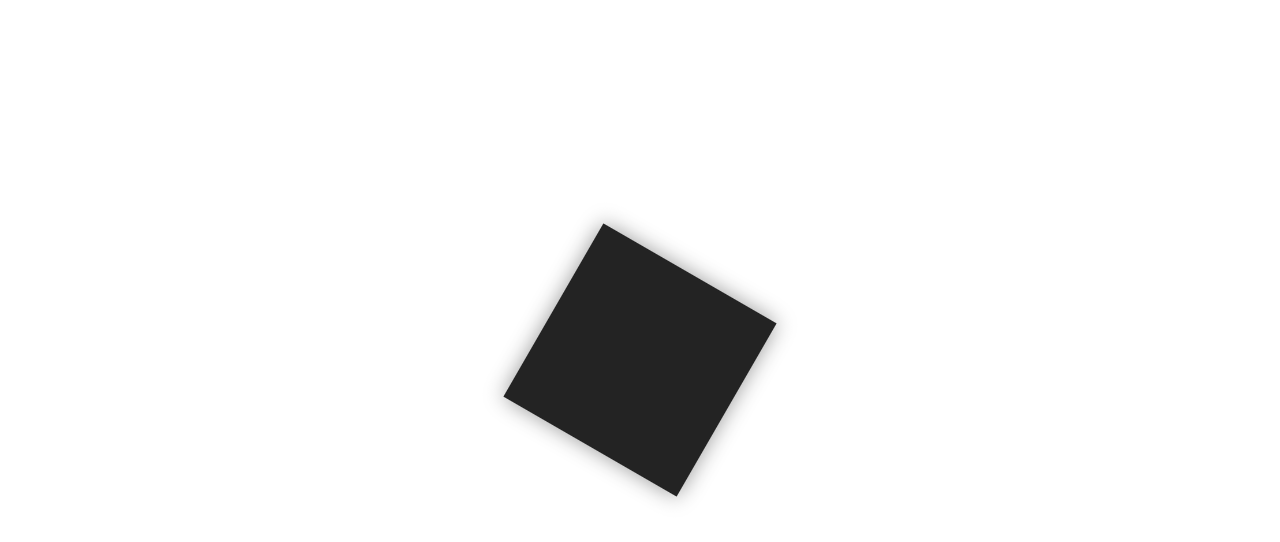
Repository: randgars/game
Page: index.html
The author's editor kept a copy of each file at every save. The page is drawn from the files as they stood at one save, then again after the next save.
The browser window is 1280 px wide. The pictures show the whole page.

Above is the page before, as saved 2017-09-29 10:11:05.

### index.html
<!DOCTYPE html>
<html lang="en">
<head>
    <meta charset="UTF-8">
    <meta name="viewport" content="width=device-width, initial-scale=1.0">
    <meta http-equiv="X-UA-Compatible" content="ie=edge">
    <title>Document</title>
    <link rel="stylesheet" href="./style.css">
</head>
<body>
    <div class="square"></div>
</body>
</html>

### style.css
body {
    padding: 0;
    margin: 0;
    display: flex;
    justify-content: center;
    align-items: center;
    height: 100vh;
}
.square {
    height: 200px;
    width: 200px;
    background-color: rgba(35, 35, 35, 1);
    box-shadow: 0 0 20px rgba(0, 0, 0, .4);
    animation-name: spin;
    animation-duration: 3s;
    animation-iteration-count: infinite;
    animation-timing-function: linear;
    animation-delay: 1s;
}

@keyframes spin {
    from {
        transform: rotate(0deg);
    }
    to {
        transform: rotate(360deg);
    }
}

After the next save:
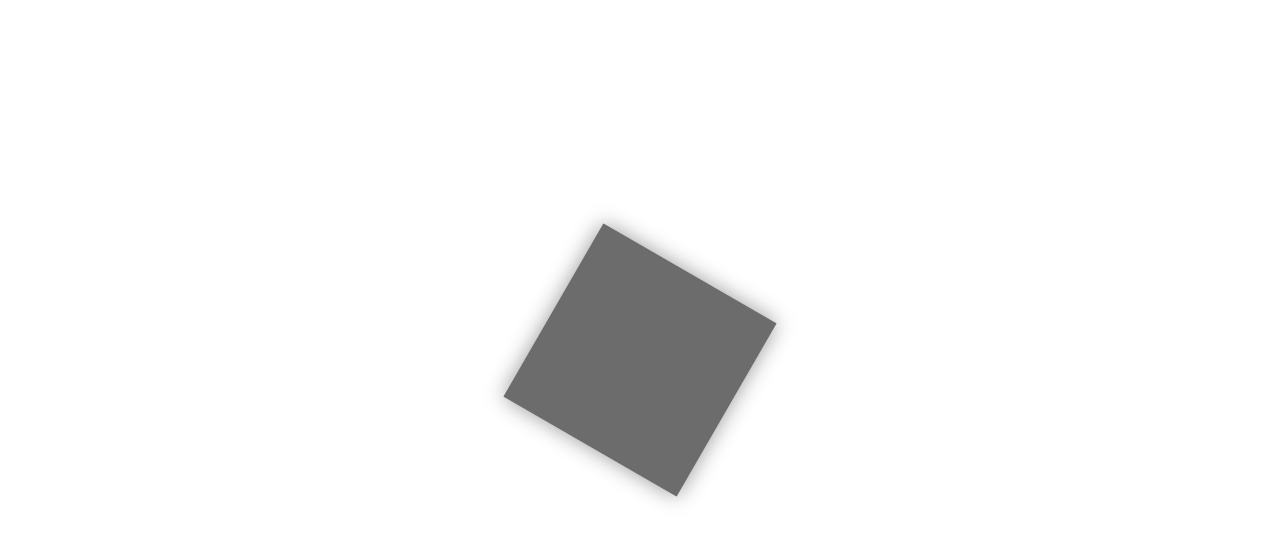
Saved 55 s later.
--- a/style.css
+++ b/style.css
@@ -24,5 +24,6 @@ body {
     }
     to {
         transform: rotate(360deg);
+        background-color: rgba(35, 35, 35, 0)
     }
 }
